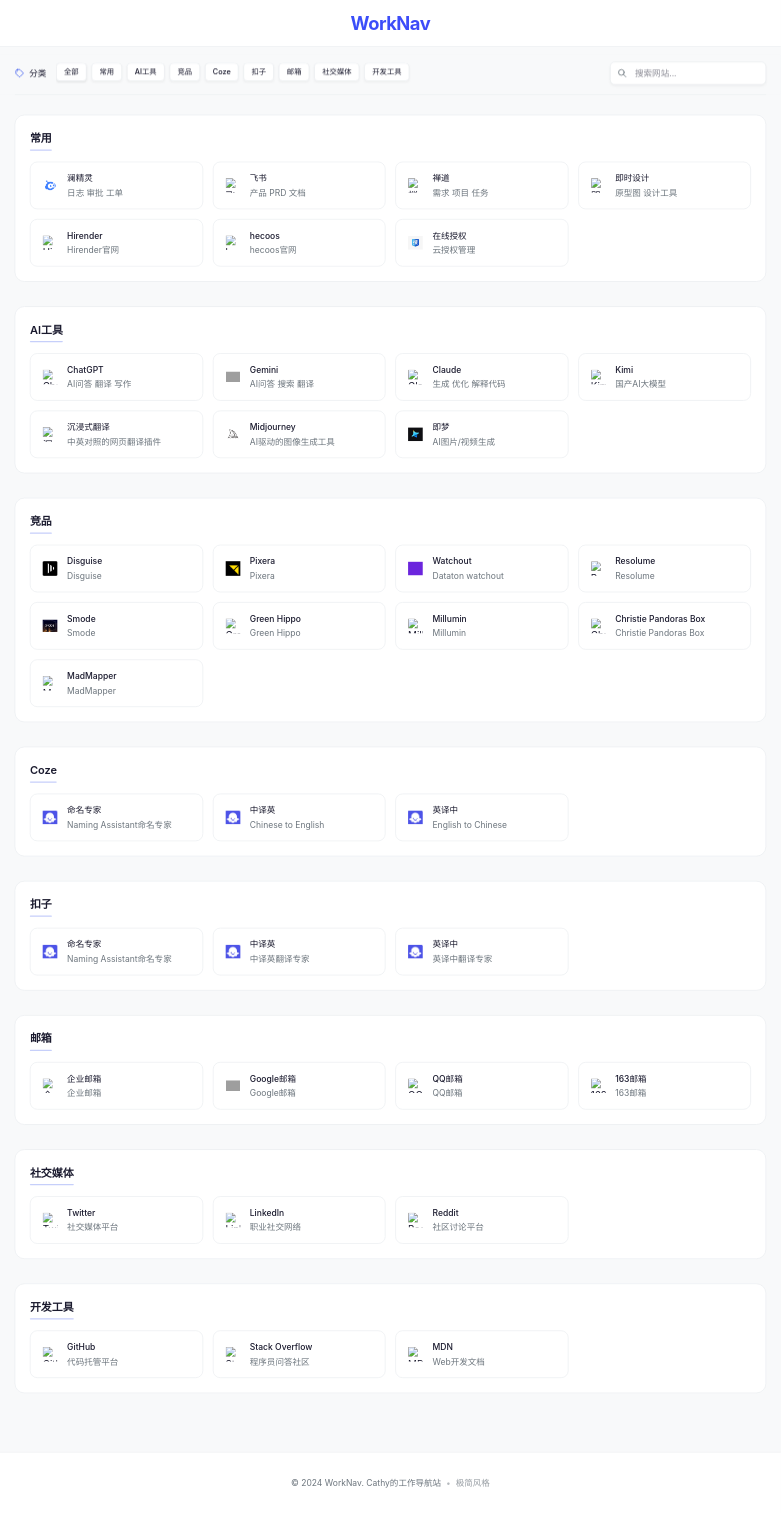
Repository: SweetPomelo0/WorkNav
Page: /
The author's editor kept a copy of each file at every save. The page is drawn from the files as they stood at one save, then again after the next save.
The browser window is 1280 px wide. The pictures show the whole page, at 61% of full size.
Pictures or frames that could not be fetched are drawn as grey boxes. The project was rebuilt for these pictures with package versions that can differ from the ones it lists, and the page was loaded fresh each time. The framework's server and built-in components were replaced by stand-ins that run in the browser. Also part of the build but not shown: next.config.ts.

Above is the page before, as saved 2025-07-26 22:50:11.

### src/app/page.tsx
"use client";
import { useState } from 'react';

export default function Home() {
  // 定义状态来跟踪当前选中的分类
  const [selectedCategory, setSelectedCategory] = useState("全部");
  // 定义状态来跟踪是否是初始加载状态
  const [isInitialLoad, setIsInitialLoad] = useState(true);
  // 定义搜索状态
  const [searchTerm, setSearchTerm] = useState("");
  // 定义移动端搜索框展开状态
  const [isMobileSearchExpanded, setIsMobileSearchExpanded] = useState(false);

  // 定义导航分类和链接
  const categories = [
    {
      title: "常用",
      icon: "⭐",
      links: [
        { name: "澜精灵", url: "https://www.lanerp.com/Admin/index/index.html", desc: "日志 审批 工单", icon: "/img/lanjingling.png" },
        { name: "飞书", url: "https://enlightv.feishu.cn/wiki/D6Z1wOai9iVI4bkVlumcJprDn2e?fromScene=spaceOverview", desc: "产品 PRD 文档", icon: "https://feishu.cn/favicon.ico" },
        { name: "禅道", url: "https://enlightv.zentaopm.com/my/", desc: "需求 项目 任务", icon: "https://enlightv.zentaopm.com/favicon.ico" },
        { name: "即时设计", url: "https://js.design/recent", desc: "原型图 设计工具", icon: "https://img.js.design/assets/webImg/favicon.ico" },
        { name: "Hirender", url: "https://www.hirender.com/#/home", desc: "Hirender官网", icon: "https://www.hirender.com/favicon.ico" },
        { name: "hecoos", url: "https://www.hecoos.com/web/#/home", desc: "hecoos官网", icon: "https://www.hecoos.com/favicon.ico" },
        { name: "在线授权", url: "https://license.enlightv.com/web/", desc: "云授权管理", icon: "data:[embedded picture, 6295 characters]" },
      ]
    },
    {
      title: "AI工具",
      icon: "🤖",
      links: [
        { name: "ChatGPT", url: "https://chatgpt.com/", desc: "AI问答 翻译 写作", icon: "https://cdn.oaistatic.com/assets/favicon-180x180-od45eci6.webp" },
        { name: "Gemini", url: "https://gemini.google.com/app", desc: "AI问答 搜索 翻译", icon: "https://www.gstatic.com/lamda/images/gemini_sparkle_4g_512_lt_f94943af3be039176192d.png" },
        { name: "Claude", url: "https://claude.ai/", desc: "生成 优化 解释代码", icon: "https://claude.ai/favicon.ico" },
        { name: "Kimi", url: "https://www.kimi.com/", desc: "国产AI大模型", icon: "https://www.kimi.com/favicon.ico" },
        { name: "沉浸式翻译", url: "https://immersivetranslate.com/zh-Hans/?utm_source=ai-bot.cn", desc: "中英对照的网页翻译插件", icon: "https://immersivetranslate.com/favicon.ico" },
        { name: "Midjourney", url: "https://www.midjourney.com/explore?tab=video_top", desc: "AI驱动的图像生成工具", icon: "/img/mj.png" },
        { name: "即梦", url: "https://jimeng.jianying.com/ai-tool/home", desc: "AI图片/视频生成", icon: "/img/jimeng.png" }

      ]
    },
    {
      title: "竞品",
      icon: "🏢",
      links: [
        { name: "Disguise", url: "https://www.disguise.one/en", desc: "Disguise", icon: "/img/disguise.png" },
        { name: "Pixera", url: "https://pixera.one/zh/software/overview/", desc: "Pixera", icon: "/img/pixera.png" },
        { name: "Watchout", url: "https://www.dataton.com/", desc: "Dataton watchout", icon: "/img/watchout.png" },
        { name: "Resolume", url: "https://resolume.com/", desc: "Resolume", icon: "https://resolume.com/images/favicons/apple-touch-icon.png" },
        { name: "Smode", url: "https://www.smode.io/en/", desc: "Smode", icon: "/img/smode.png" },
        { name: "Green Hippo", url: "https://www.green-hippo.com/", desc: "Green Hippo", icon: "https://www.green-hippo.com/wp-content/themes/greenhippo/assets/icons/favicon.ico" },
        { name: "Millumin", url: "https://millumin.com/v5/index.php", desc: "Millumin", icon: "https://www.millumin.com/favicon/apple-icon-180x180.png" },
        { name: "Christie Pandoras Box", url: "https://www.christiedigital.com/products/christie-pandoras-box/", desc: "Christie Pandoras Box", icon: "https://www.christiedigital.com/apple-touch-icon.png" },
        { name: "MadMapper", url: "https://madmapper.com/madmapper/software", desc: "MadMapper", icon: "https://madmapper.com/images/favicon/apple-touch-icon.png" }

      ]
    },
    {
      title: "Coze",
      icon: "🔧",
      links: [
        { name: "命名专家", url: "https://www.coze.com/store/agent/7530562770308956161?bot_id=true", desc: "Naming Assistant命名专家", icon: "/img/coze.png" },
        { name: "中译英", url: "https://www.coze.com/store/agent/7530572378075152440?bot_id=true", desc: "Chinese to English", icon: "/img/coze.png" },
        { name: "英译中", url: "https://www.coze.com/store/agent/7530572202144694273?bot_id=true", desc: "English to Chinese", icon: "/img/coze.png" }
      ]
    },
    {
      title: "扣子",
      icon: "🔧",
      links: [
        { name: "命名专家", url: "https://www.coze.cn/store/agent/7530571775823577130?bot_id=true", desc: "Naming Assistant命名专家", icon: "/img/coze.png" },
        { name: "中译英", url: "https://www.coze.cn/store/agent/7530581452909035572?bot_id=true", desc: "中译英翻译专家", icon: "/img/coze.png" },
        { name: "英译中", url: "https://www.coze.cn/store/agent/7530581958234193970?bot_id=true", desc: "英译中翻译专家", icon: "/img/coze.png" }
      ]
    },
    {
      title: "邮箱",
      icon: "📧",
      links: [
        { name: "企业邮箱", url: "https://exmail.qq.com/cgi-bin/frame_html?sid=qPUC22bEtIEF7kUt,2&sign_type=&r=586a2a390ca023395a120877ca5870f0", desc: "企业邮箱", icon: "https://exmail.qq.com/favicon.ico" },
        { name: "Google邮箱", url: "https://mail.google.com/mail/u/0/#inbox", desc: "Google邮箱", icon: "https://ssl.gstatic.com/ui/v1/icons/mail/rfr/gmail.ico" },
        { name: "QQ邮箱", url: "https://mail.qq.com/", desc: "QQ邮箱", icon: "https://mail.qq.com/favicon.ico" },
        { name: "163邮箱", url: "https://mail.163.com/", desc: "163邮箱", icon: "https://mail.163.com/favicon.ico" }
      ]
    },
    {
      title: "社交媒体",
      icon: "📱",
      links: [
        { name: "Twitter", url: "https://twitter.com", desc: "社交媒体平台", icon: "https://twitter.com/favicon.ico" },
        { name: "LinkedIn", url: "https://www.linkedin.com", desc: "职业社交网络", icon: "https://www.linkedin.com/favicon.ico" },
        { name: "Reddit", url: "https://www.reddit.com", desc: "社区讨论平台", icon: "https://www.reddit.com/favicon.ico" }
      ]
    },
    {
      title: "开发工具",
      icon: "💻",
      links: [
        { name: "GitHub", url: "https://github.com", desc: "代码托管平台", icon: "https://github.com/favicon.ico" },
        { name: "Stack Overflow", url: "https://stackoverflow.com", desc: "程序员问答社区", icon: "https://stackoverflow.com/favicon.ico" },
        { name: "MDN", url: "https://developer.mozilla.org", desc: "Web开发文档", icon: "https://developer.mozilla.org/favicon.ico" },
      ]
    }

  ];

  return (
    <div className="min-h-screen" style={{ background: 'var(--background)', color: 'var(--text-primary)' }}>
      {/* Header */}
      <header style={{ background: 'var(--header-bg)', borderBottom: '1px solid var(--card-border)' }}>
        <div className="max-w-7xl mx-auto px-6 py-5">
          <div className="text-center">
            <h1 className="text-3xl font-bold tracking-tight bg-clip-text text-transparent bg-gradient-to-r from-blue-600 to-indigo-600 dark:from-blue-400 dark:to-indigo-400">WorkNav</h1>
          </div>
        </div>
      </header>

      {/* Category Navigation */}
      <div className="sticky top-0 z-10 mt-3" style={{ background: 'rgba(var(--background-rgb), 0.9)', backdropFilter: 'blur(10px)' }}>
        <div className="max-w-7xl mx-auto px-4 md:px-6 py-2 md:py-3 overflow-x-auto">
          <div className="flex items-center">
            <div className="flex-shrink-0 mr-2 md:mr-4">
              <div className="flex items-center">
                <svg xmlns="http://www.w3.org/2000/svg" className="h-4 w-4 mr-1 md:mr-2" fill="none" viewBox="0 0 24 24" stroke="currentColor" style={{ color: 'var(--accent)' }}>
                  <path strokeLinecap="round" strokeLinejoin="round" strokeWidth={2} d="M7 7h.01M7 3h5c.512 0 1.024.195 1.414.586l7 7a2 2 0 010 2.828l-7 7a2 2 0 01-2.828 0l-7-7A1.994 1.994 0 013 12V7a4 4 0 014-4z" />
                </svg>
                <span className="hidden sm:inline text-sm font-medium" style={{ color: 'var(--text-primary)' }}>分类</span>
              </div>
            </div>
            <div className="flex space-x-1 md:space-x-2 overflow-x-auto pb-1 scrollbar-thin flex-grow">
              <a
                href="#"
                onClick={(e) => {
                  e.preventDefault();
                  setSelectedCategory("全部");
                  setIsInitialLoad(false);
                }}
                className="text-xs font-medium whitespace-nowrap px-2 md:px-3 py-1 md:py-1.5 rounded-md transition-all duration-300 hover:scale-105 hover:shadow-md hover:bg-opacity-90 flex-shrink-0"
                style={{
                  background: (selectedCategory === "全部" && !isInitialLoad) ? 'var(--accent)' : 'var(--card-bg)',
                  border: '1px solid ' + ((selectedCategory === "全部" && !isInitialLoad) ? 'var(--accent)' : 'var(--card-border)'),
                  boxShadow: '0 2px 4px rgba(0,0,0,0.1)',
                  color: (selectedCategory === "全部" && !isInitialLoad) ? 'white' : 'var(--text-primary)'
                }}
              >
                全部
              </a>
              {categories.map((category, index) => (
                <a
                  key={index}
                  href={`#category-${index}`}
                  onClick={(e) => {
                    e.preventDefault();
                    setSelectedCategory(category.title);
                    setIsInitialLoad(false);
                    const element = document.getElementById(`category-${index}`);
                    if (element) {
                      element.scrollIntoView({ behavior: 'smooth' });
                    }
                  }}
                  className="text-xs font-medium whitespace-nowrap px-2 md:px-3 py-1 md:py-1.5 rounded-md transition-all duration-300 hover:scale-105 hover:shadow-md hover:bg-opacity-90 flex-shrink-0"
                  style={{
                    background: selectedCategory === category.title ? 'var(--accent)' : 'var(--card-bg)',
                    border: '1px solid ' + (selectedCategory === category.title ? 'var(--accent)' : 'var(--card-border)'),
                    boxShadow: '0 2px 4px rgba(0,0,0,0.05)',
                    color: selectedCategory === category.title ? 'white' : 'var(--text-primary)'
                  }}
                >
                  {category.title}
                </a>
              ))}
            </div>

            {/* Search Box */}
            <div className="flex-shrink-0 ml-2 md:ml-4">
              {/* 桌面端搜索框 */}
              <div className="hidden md:block relative">
                <div className="absolute inset-y-0 left-0 pl-3 flex items-center pointer-events-none">
                  <svg
                    className="h-4 w-4"
                    fill="none"
                    viewBox="0 0 24 24"
                    stroke="currentColor"
                    style={{ color: 'var(--text-secondary)' }}
                  >
                    <path
                      strokeLinecap="round"
                      strokeLinejoin="round"
                      strokeWidth={2}
                      d="M21 21l-6-6m2-5a7 7 0 11-14 0 7 7 0 0114 0z"
                    />
                  </svg>
                </div>
                <input
                  type="text"
                  placeholder="搜索网站..."
                  value={searchTerm}
                  onChange={(e) => {
                    setSearchTerm(e.target.value);
                    // 如果有搜索内容，自动切换到"全部"分类
                    if (e.target.value.trim()) {
                      setSelectedCategory("全部");
                      setIsInitialLoad(false);
                    }
                  }}
                  className="w-64 pl-10 pr-4 py-2 text-sm rounded-lg border transition-all duration-200 focus:outline-none focus:ring-2 focus:ring-opacity-50"
                  style={{
                    background: 'var(--card-bg)',
                    borderColor: 'var(--card-border)',
                    color: 'var(--text-primary)',
                    boxShadow: '0 2px 4px rgba(0,0,0,0.05)'
                  }}
                  onFocus={(e) => {
                    e.target.style.borderColor = 'var(--accent)';
                    e.target.style.boxShadow = '0 0 0 3px rgba(59, 130, 246, 0.1)';
                  }}
                  onBlur={(e) => {
                    e.target.style.borderColor = 'var(--card-border)';
                    e.target.style.boxShadow = '0 2px 4px rgba(0,0,0,0.05)';
                  }}
                />
              </div>

              {/* 移动端搜索 */}
              <div className="md:hidden relative">
                {!isMobileSearchExpanded ? (
                  // 搜索图标按钮
                  <button
                    onClick={() => setIsMobileSearchExpanded(true)}
                    className="p-2 rounded-lg border transition-all duration-200 hover:shadow-md"
                    style={{
                      background: 'var(--card-bg)',
                      borderColor: 'var(--card-border)',
                      boxShadow: '0 2px 4px rgba(0,0,0,0.05)'
                    }}
                  >
                    <svg
                      className="h-4 w-4"
                      fill="none"
                      viewBox="0 0 24 24"
                      stroke="currentColor"
                      style={{ color: 'var(--text-primary)' }}
                    >
                      <path
                        strokeLinecap="round"
                        strokeLinejoin="round"
                        strokeWidth={2}
                        d="M21 21l-6-6m2-5a7 7 0 11-14 0 7 7 0 0114 0z"
                      />
                    </svg>
                  </button>
                ) : (
                  // 展开的搜索框
                  <div className="flex items-center space-x-2">
                    <div className="relative flex-1">
                      <div className="absolute inset-y-0 left-0 pl-3 flex items-center pointer-events-none">
                        <svg
                          className="h-4 w-4"
                          fill="none"
                          viewBox="0 0 24 24"
                          stroke="currentColor"
                          style={{ color: 'var(--text-secondary)' }}
                        >
                          <path
                            strokeLinecap="round"
                            strokeLinejoin="round"
                            strokeWidth={2}
                            d="M21 21l-6-6m2-5a7 7 0 11-14 0 7 7 0 0114 0z"
                          />
                        </svg>
                      </div>
                      <input
                        type="text"
                        placeholder="搜索网站..."
                        value={searchTerm}
                        onChange={(e) => {
                          setSearchTerm(e.target.value);
                          // 如果有搜索内容，自动切换到"全部"分类
                          if (e.target.value.trim()) {
                            setSelectedCategory("全部");
                            setIsInitialLoad(false);
                          }
                        }}
                        className="w-36 sm:w-48 pl-10 pr-4 py-2 text-sm rounded-lg border transition-all duration-200 focus:outline-none focus:ring-2 focus:ring-opacity-50"
                        style={{
                          background: 'var(--card-bg)',
                          borderColor: 'var(--card-border)',
                          color: 'var(--text-primary)',
                          boxShadow: '0 2px 4px rgba(0,0,0,0.05)'
                        }}
                        onFocus={(e) => {
                          e.target.style.borderColor = 'var(--accent)';
                          e.target.style.boxShadow = '0 0 0 3px rgba(59, 130, 246, 0.1)';
                        }}
                        onBlur={(e) => {
                          e.target.style.borderColor = 'var(--card-border)';
                          e.target.style.boxShadow = '0 2px 4px rgba(0,0,0,0.05)';
                        }}
                        autoFocus
                      />
                    </div>
                    {/* 关闭按钮 */}
                    <button
                      onClick={() => {
                        setIsMobileSearchExpanded(false);
                        setSearchTerm("");
                      }}
                      className="p-2 rounded-lg border transition-all duration-200 hover:shadow-md"
                      style={{
                        background: 'var(--card-bg)',
                        borderColor: 'var(--card-border)',
                        boxShadow: '0 2px 4px rgba(0,0,0,0.05)'
                      }}
                    >
                      <svg
                        className="h-4 w-4"
                        fill="none"
                        viewBox="0 0 24 24"
                        stroke="currentColor"
                        style={{ color: 'var(--text-primary)' }}
                      >
                        <path
                          strokeLinecap="round"
                          strokeLinejoin="round"
                          strokeWidth={2}
                          d="M6 18L18 6M6 6l12 12"
                        />
                      </svg>
                    </button>
                  </div>
                )}
              </div>
            </div>
          </div>
        </div>
        <div className="max-w-7xl mx-auto px-6">
          <div className="border-b border-solid w-full mt-1" style={{ borderColor: 'var(--card-border)' }}></div>
        </div>
      </div>

      {/* Main Content */}
       <main className="max-w-7xl mx-auto px-6 py-8">
         <div className="space-y-10">
           {categories
             .filter(category => selectedCategory === "全部" || category.title === selectedCategory)
             .map((category, index) => {
               // 如果有搜索词，过滤链接
               const filteredLinks = searchTerm.trim()
                 ? category.links.filter(link =>
                     link.name.toLowerCase().includes(searchTerm.toLowerCase()) ||
                     link.desc.toLowerCase().includes(searchTerm.toLowerCase())
                   )
                 : category.links;

               // 如果搜索后没有匹配的链接，不显示该分类
               if (searchTerm.trim() && filteredLinks.length === 0) {
                 return null;
               }

               return (
             <div
               key={index}
               id={`category-${index}`}
               style={{
                 background: 'var(--card-bg)',
                 borderColor: 'var(--card-border)'
               }}
               className="rounded-2xl border p-6 transition-all duration-300 hover:shadow-lg"
             >
               <h2
                 className="text-lg font-semibold mb-6 relative inline-block"
                 style={{ color: 'var(--text-primary)' }}
               >
                 <span className="relative z-10">{category.title}</span>
                 <span
                  className="absolute bottom-0 left-0 w-full h-0.5 rounded-full opacity-30"
                  style={{ background: 'var(--accent)', transform: 'translateY(6px)' }}
                ></span>
               </h2>
               <div className="grid grid-cols-1 sm:grid-cols-2 lg:grid-cols-3 xl:grid-cols-4 gap-4">
                 {filteredLinks.map((link, linkIndex) => (
                   <a
                     key={linkIndex}
                     href={link.url}
                     target="_blank"
                     rel="noopener noreferrer"
                     style={{
                       borderColor: 'var(--card-border)',
                       background: 'var(--card-bg)'
                     }}
                     className="block p-4 rounded-xl border hover:shadow-md transition-all duration-200 group relative"
                   >

                     <div className="flex items-center justify-between">
                       <div className="flex items-center flex-1">
                         <div className="w-8 h-8 mr-3 flex-shrink-0 flex items-center justify-center">
                           {link.icon ? (
                             <img
                               src={link.icon}
                               alt={`${link.name} icon`}
                               className="w-6 h-6 object-contain"
                             />
                           ) : (
                             <div
                               style={{ background: 'var(--card-hover)' }}
                               className="w-6 h-6 rounded-md flex items-center justify-center"
                             >
                               <span style={{ color: 'var(--text-secondary)' }} className="text-xs font-medium">
                                 {link.name.charAt(0).toUpperCase()}
                               </span>
                             </div>
                           )}
                         </div>
                         <div className="flex-1">
                           <h3
                             style={{ color: 'var(--text-primary)' }}
                             className="text-sm font-medium group-hover:text-blue-600 dark:group-hover:text-blue-400 transition-colors"
                           >
                             {link.name}
                           </h3>
                           <p
                             style={{ color: 'var(--text-secondary)' }}
                             className="text-sm mt-1"
                           >
                             {link.desc}
                           </p>
                         </div>
                       </div>

                     </div>
                   </a>
                 ))}
               </div>
               </div>
               );
             })}
         </div>
       </main>

      {/* Footer */}
      <footer style={{ borderTop: '1px solid var(--card-border)', background: 'var(--footer-bg)' }} className="mt-16">
        <div className="max-w-7xl mx-auto px-6 py-10">
          <div className="text-center">
            <p style={{ color: 'var(--text-secondary)' }} className="text-sm">
              © 2024 WorkNav. Cathy的工作导航站
              <span className="inline-block mx-2 opacity-50">•</span>
              <span className="opacity-70">极简风格</span>
            </p>
          </div>
        </div>
      </footer>
    </div>
  );
}

Loaded but not shown: src/app/globals.css (92 lines, source omitted); src/app/layout.tsx (34 lines, source omitted)

After the next save:
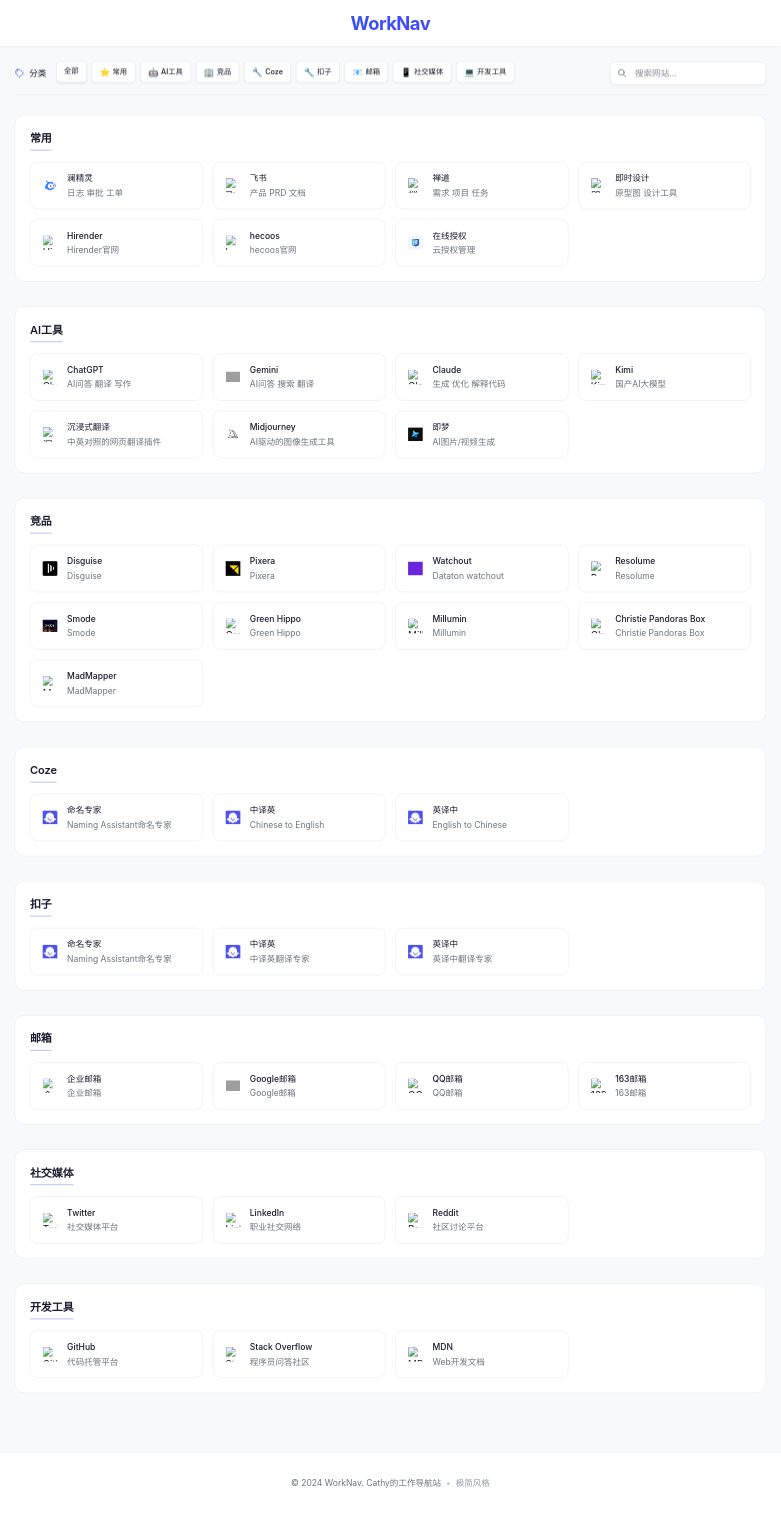
Saved 16 s later.
--- a/src/app/page.tsx
+++ b/src/app/page.tsx
@@ -159,7 +159,7 @@
                       element.scrollIntoView({ behavior: 'smooth' });
                     }
                   }}
-                  className="text-xs font-medium whitespace-nowrap px-2 md:px-3 py-1 md:py-1.5 rounded-md transition-all duration-300 hover:scale-105 hover:shadow-md hover:bg-opacity-90 flex-shrink-0"
+                  className="text-xs font-medium whitespace-nowrap px-2 md:px-3 py-1 md:py-1.5 rounded-md transition-all duration-300 hover:scale-105 hover:shadow-md hover:bg-opacity-90 flex-shrink-0 flex items-center"
                   style={{
                     background: selectedCategory === category.title ? 'var(--accent)' : 'var(--card-bg)',
                     border: '1px solid ' + (selectedCategory === category.title ? 'var(--accent)' : 'var(--card-border)'),
@@ -167,7 +167,8 @@
                     color: selectedCategory === category.title ? 'white' : 'var(--text-primary)'
                   }}
                 >
-                  {category.title}
+                  <span className="text-sm">{category.icon}</span>
+                  <span className="hidden md:inline ml-1">{category.title}</span>
                 </a>
               ))}
             </div>
